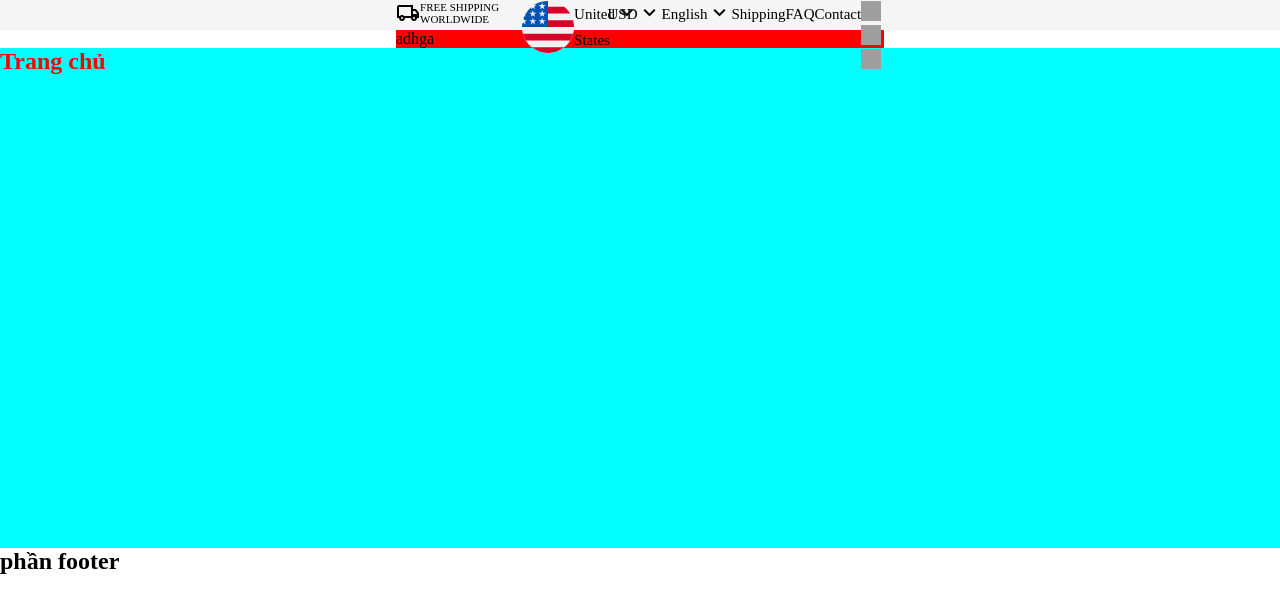
Repository: tatvanhco/shopper
Page: /
These files come from the project's save history. The page is drawn as it stood at one moment and after a run of saves; the edit follows.
The browser window is 1280 px wide. The pictures show the whole page.
Pictures or frames that could not be fetched are drawn as grey boxes. The project was rebuilt for these pictures with package versions that can differ from the ones it lists, and the page was loaded fresh each time.

Above is the page before, as saved 2022-09-24 11:49:40.

After the next 3 saves:
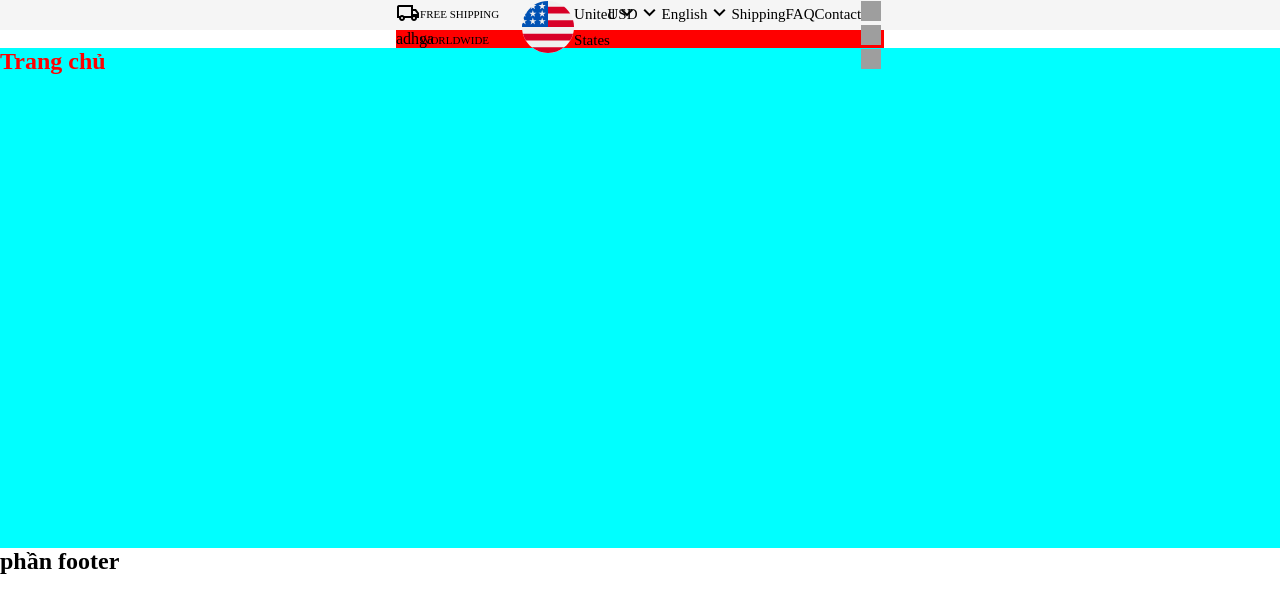
The 3 saves are shown as one change because they came seconds apart.
The last was saved 9 s later.
--- a/src/components/header/header.module.scss
+++ b/src/components/header/header.module.scss
@@ -14,5 +14,5 @@
 
 .titleShip {
     font-size: 11px;
-
+    line-height: 26px;
 }
